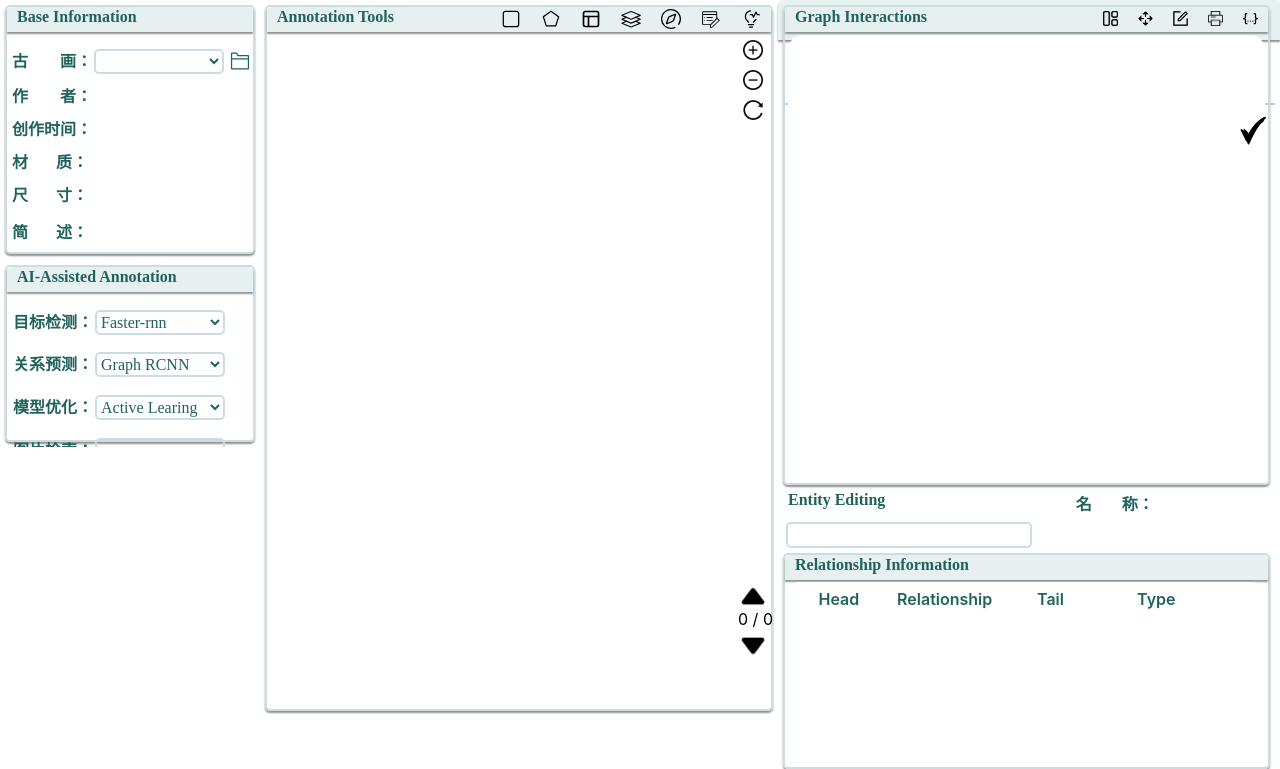
Repository: cailbh/ImageLabelTool
Page: /
An editor plug-in stored every save of this project. The page is shown before and after the next save, followed by the edit.
The browser window is 1280 px wide. The pictures show the whole page.
The project was rebuilt for these pictures with package versions that can differ from the ones it lists, and the page was loaded fresh each time.

Above is the page before, as saved 2022-11-02 10:27:59.

After the next save:
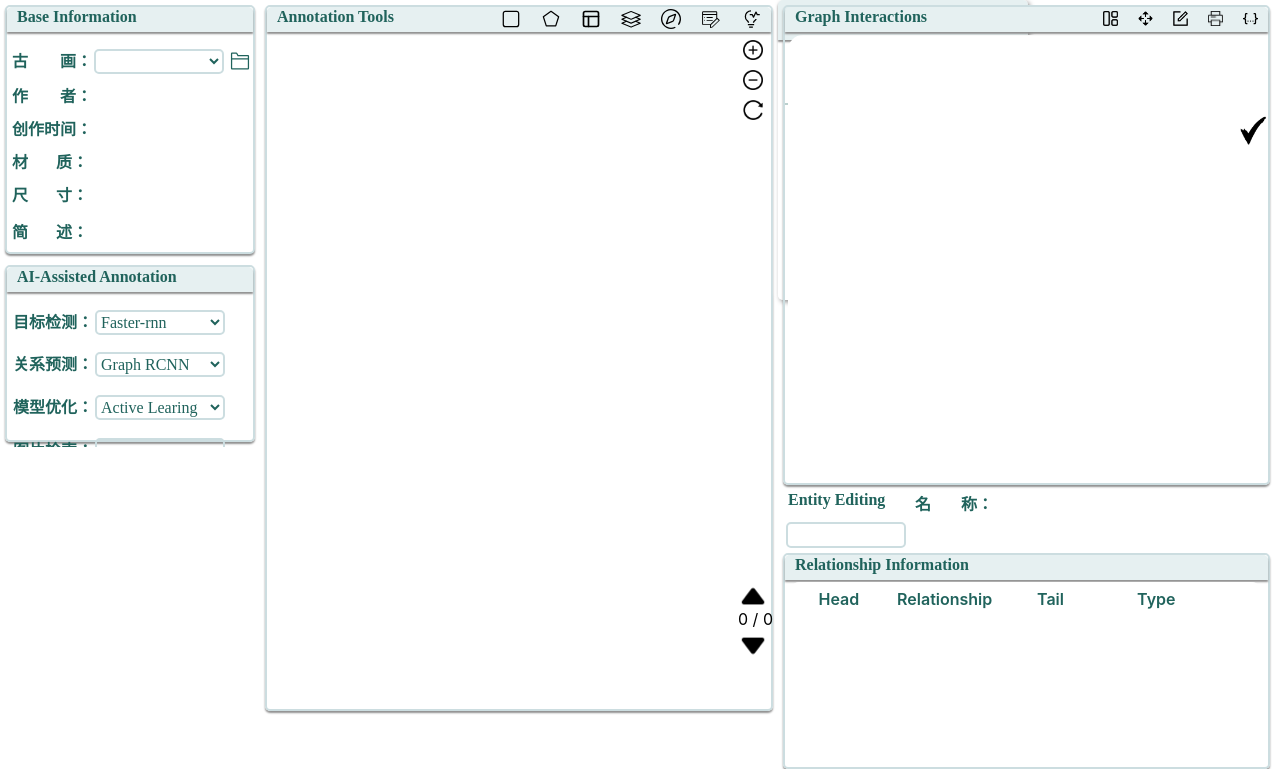
Saved 86 s later.
--- a/src/component/LabelDisplay/graph.css
+++ b/src/component/LabelDisplay/graph.css
@@ -10,6 +10,16 @@ margin: 3px;
 text-align: left;
 position: relative;
 }
+#entityEditRootDiv{
+    background: rgb(255,255,255,0.8);
+    font-size: 10px;
+    width: 250px;
+    height: 300px;
+    outline: none;
+    border-radius: 5px;
+    filter: progid:DXImageTransform.Microsoft.Shadow(color=#909090,direction=120,strength=4);
+    box-shadow: 2px 2px 5px #909090 ,-2px -2px 5px #fff;
+}
 .graphRoot{
     background: rgba(237,241,241,0);
     position: relative;
